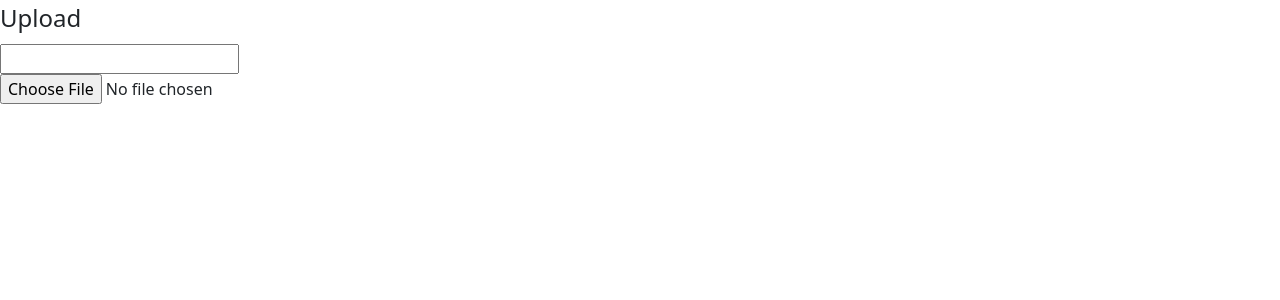
Repository: eunyoming/KDT
Page: http://localhost/Day05_File/
The author's editor kept a copy of each file at every save. The page is drawn from the files as they stood at one save, then again after the next save.
The browser window is 1280 px wide. The pictures show the whole page.
The page is served by Tomcat 9.

Above is the page before, as saved 2025-09-15 04:59:42.

After the next save:
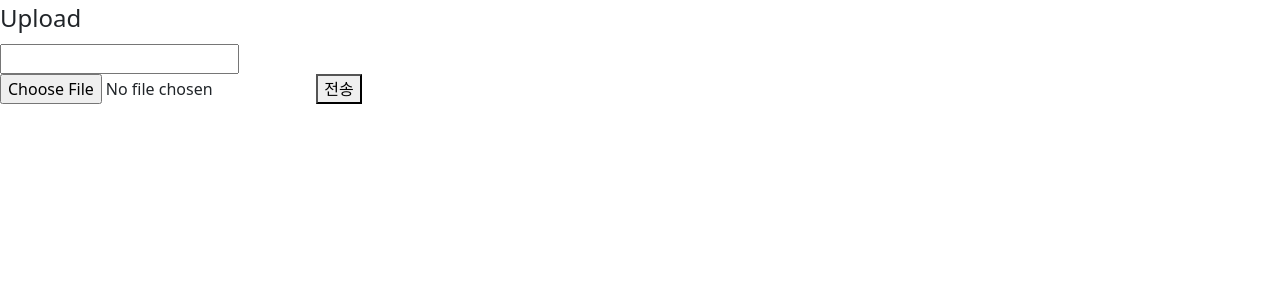
Saved 14 s later.
--- a/Day05_File/src/main/webapp/WEB-INF/views/home.jsp
+++ b/Day05_File/src/main/webapp/WEB-INF/views/home.jsp
@@ -24,6 +24,7 @@
 		<form>
 			<input type="text" name="text"><br>
 			<input type="file" name="file">
+			<button>전송</button>
 		</form>
 	</fieldset>
 </body>
